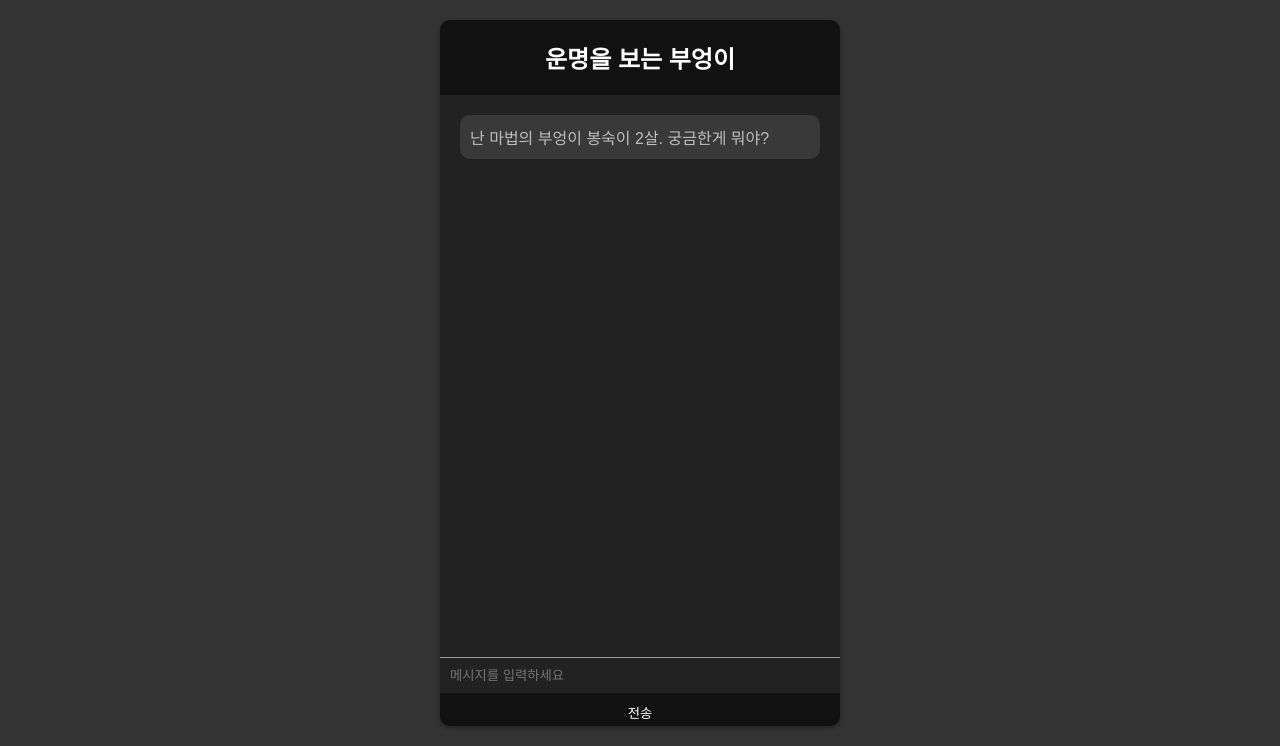
Repository: MYOUNGJOO-KIM/taro
Page: frontend/index.html
An editor plug-in stored every save of this project. The page is shown before and after the next save, followed by the edit.
The browser window is 1280 px wide. The pictures show the whole page.

Above is the page before, as saved 2023-07-10 22:29:53.

### frontend/index.html
<!DOCTYPE html>
<html lang="ko">
<head>
    <meta charset="UTF-8">
    <meta name="viewport" content="width=device-width, initial-scale=1.0">
    <title>운세보는 챗도지</title>
    <style>
        body {
            font-family: Arial, sans-serif;
            background-color: #333;
            color: #fff;
        }

        img {
            width:100%;
            height:100%;
        }

        .chat-container {
            width: 400px;
            margin: 20px auto;
            background-color: #222;
            border-radius: 10px;
            box-shadow: 0 2px 5px rgba(0, 0, 0, 0.3);
            overflow: hidden;
            height: 98vh;
        }

        .chat-header {
            background-color: #111;
            padding: 20px;
            text-align: center;
        }

        .chat-header h2 {
            margin: 0;
            color: #fff;
            font-size: 24px;
        }

        .chat-body {
            padding: 20px;
            overflow-y: auto;
            height: 74%;
        }

        .chat-message {
            margin-bottom: 20px;
            padding: 10px;
            border-radius: 10px;
        }

        .chat-message.bot {
            background-color: #444;
            opacity: 0.7;
        }

        .chat-message.user {
            background-color: #666;
            opacity: 0.8;
        }

        .chat-input {
            width: 100%;
            padding: 10px;
            border: none;
            border-top: 1px solid #999;
            color: #fff;
            background-color: transparent;
        }

        .chat-button {
            width: 100%;
            padding: 10px;
            background-color: #111111;
            color: #fff;
            border: none;
            cursor: pointer;
        }
    </style>
</head>
<body>
    <div class="chat-container">
        <div class="chat-header">
            <h2>운명을 보는 부엉이</h2>
        </div>
        <div>
            <!-- <img src="./asset/images/bg_small.jpg"> -->
        </div>
        <div class="chat-body" id="chatBody"></div>
        <input type="text" class="chat-input" id="messageInput" placeholder="메시지를 입력하세요" onkeydown="handleKeyDown(event)">
        <button class="chat-button" onclick="sendMessage()">전송</button>
    </div>

    <script>
        const chatBody = document.getElementById('chatBody');
        const messageInput = document.getElementById('messageInput');

        displayMessage('난 마법의 부엉이 봉숙이 2살. 궁금한게 뭐야?', 'bot');

        function sendMessage() {
            const message = messageInput.value.trim();
            if (message === '') {
                return; // Do not proceed if the message is empty
            }

            displayMessage(message, 'user');
            getFortune(message);

            messageInput.value = '';
        }

        function displayMessage(message, sender) {
            const div = document.createElement('div');
            div.innerText = message;
            div.classList.add('chat-message', sender);
            chatBody.appendChild(div);
            chatBody.scrollTop = chatBody.scrollHeight; // Scroll to the bottom of the chat messages
        }

        function handleKeyDown(event) {
            if (event.key === 'Enter') {
                event.preventDefault();
                sendMessage();
            }
        }

        async function getFortune(message) {
            try {
                const response = await fetch('http://localhost:3000/fortuneTell', {
                    method: 'POST',
                    headers: {
                        'Content-Type': 'application/json'
                    },
                    body: JSON.stringify({ name: message })
                });

                const data = await response.json();
                console.log(data);

                displayMessage(data.assistant, 'bot');
            } catch (error) {
                console.error(error);
            }
        }
    </script>
</body>
</html>

After the next save:
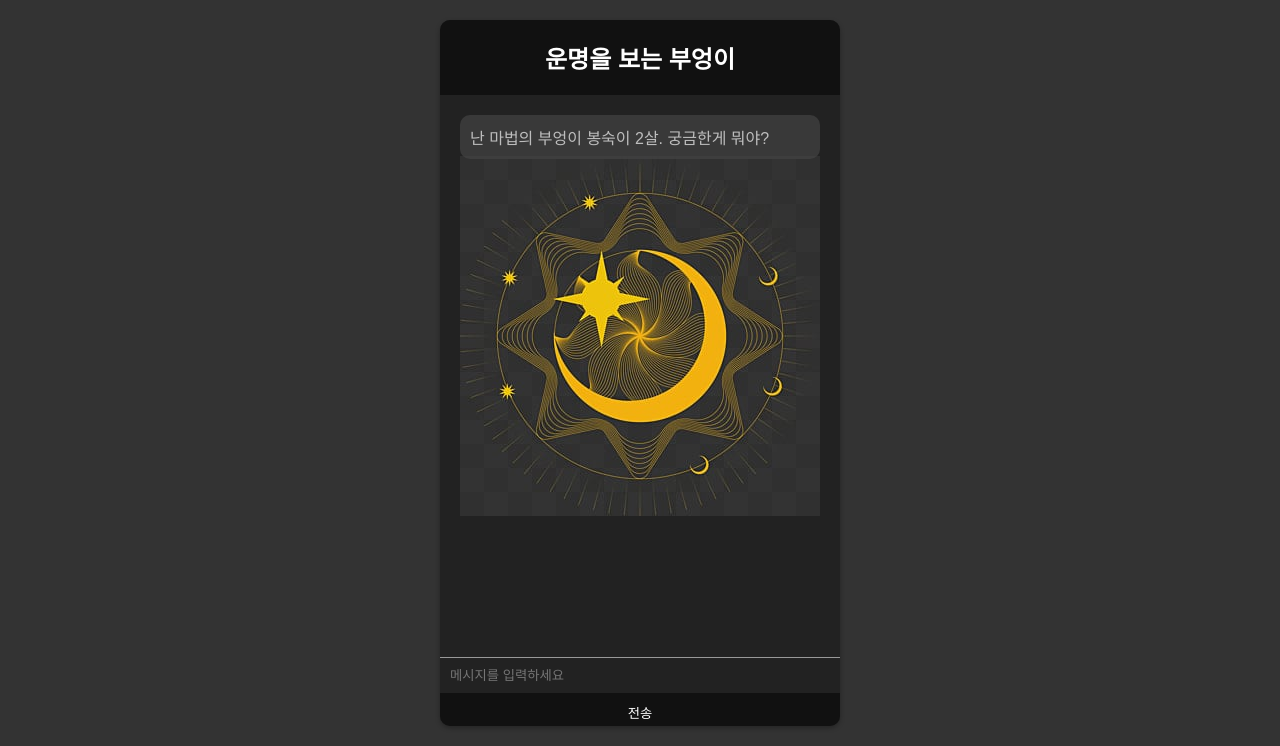
Saved 35 s later.
--- a/frontend/index.html
+++ b/frontend/index.html
@@ -42,6 +42,7 @@
             padding: 20px;
             overflow-y: auto;
             height: 74%;
+            background: url('./asset/images/bg_small.jpg') no-repeat center 30%;
         }
 
         .chat-message {
